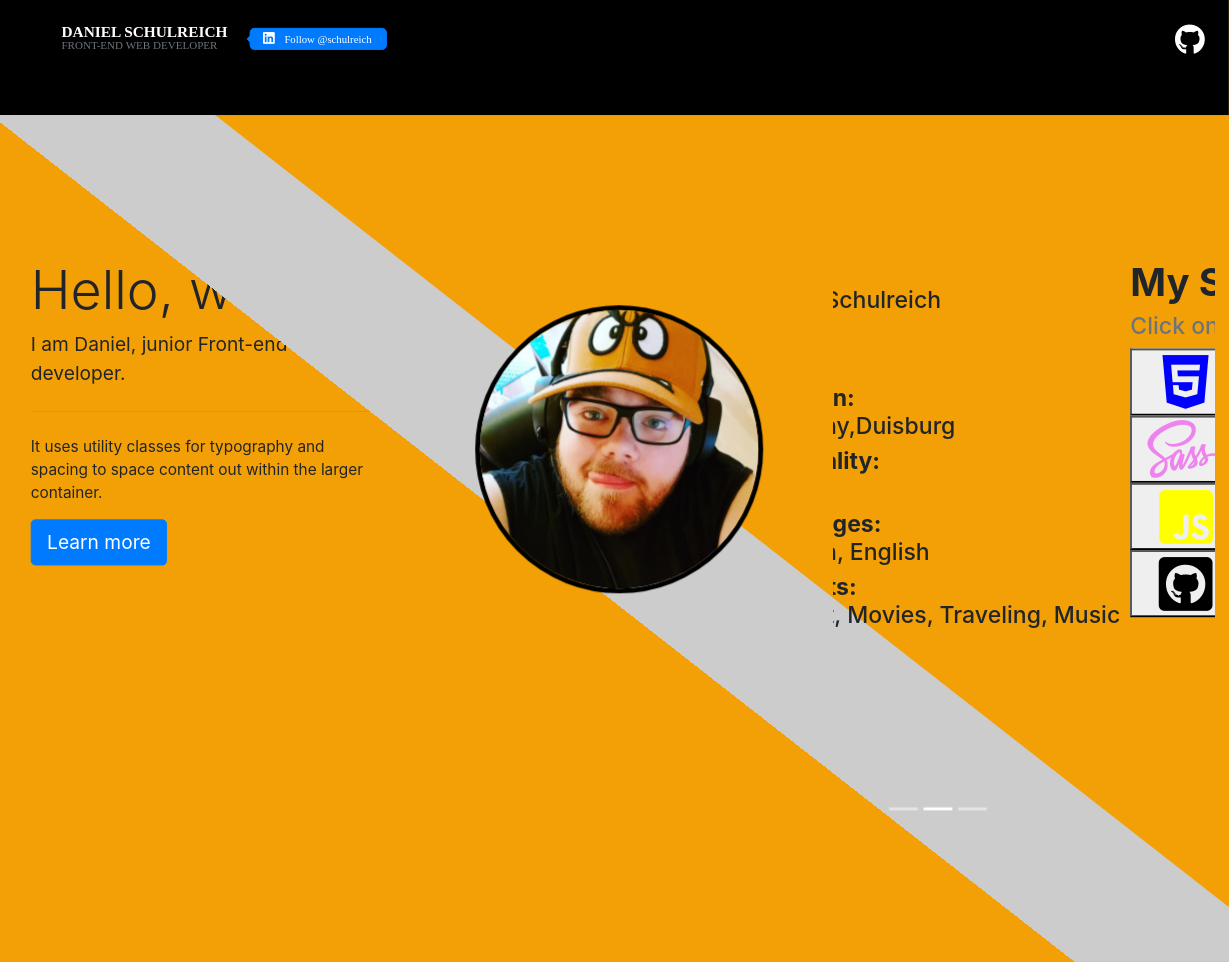
Repository: schulreich/my_portfolio
Page: portfolio.html
The author's editor kept a copy of each file at every save. The page is drawn from the files as they stood at one save, then again after the next save.
The browser window is 1280 px wide. The pictures show the whole page, at 96% of full size.
Some web fonts or font styles are not loaded; a fallback is used. Some web libraries are served in a nearby version.

Above is the page before, as saved 2020-06-19 15:47:10.

After the next save:
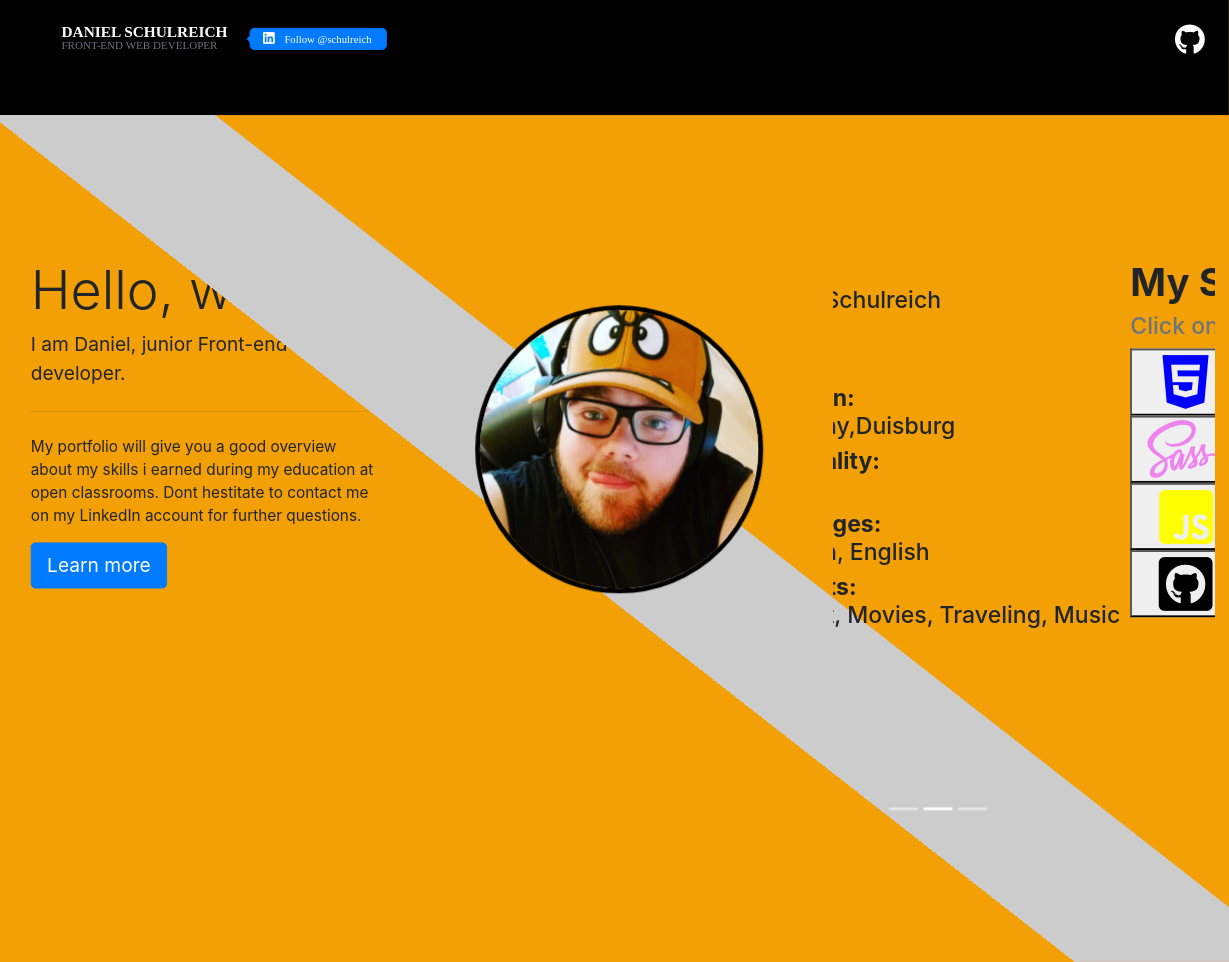
Saved 4 min 21 s later.
--- a/portfolio.html
+++ b/portfolio.html
@@ -123,7 +123,7 @@
                 <h1 class="display-4">Hello, world!</h1>
                      <p class="lead"><b>I am Daniel, junior Front-end developer.</b></p>
                 <hr class="my-4">
-                     <p>It uses utility classes for typography and spacing to space content out within the larger container.</p>
+                     <p>My portfolio will give you a good overview about my skills i earned during my education at open classrooms. Dont hestitate to contact me on my LinkedIn account for further questions.</p>
                             <a class="btn btn-primary btn-lg" href="#" role="button">Learn more</a>
           </div>
 
